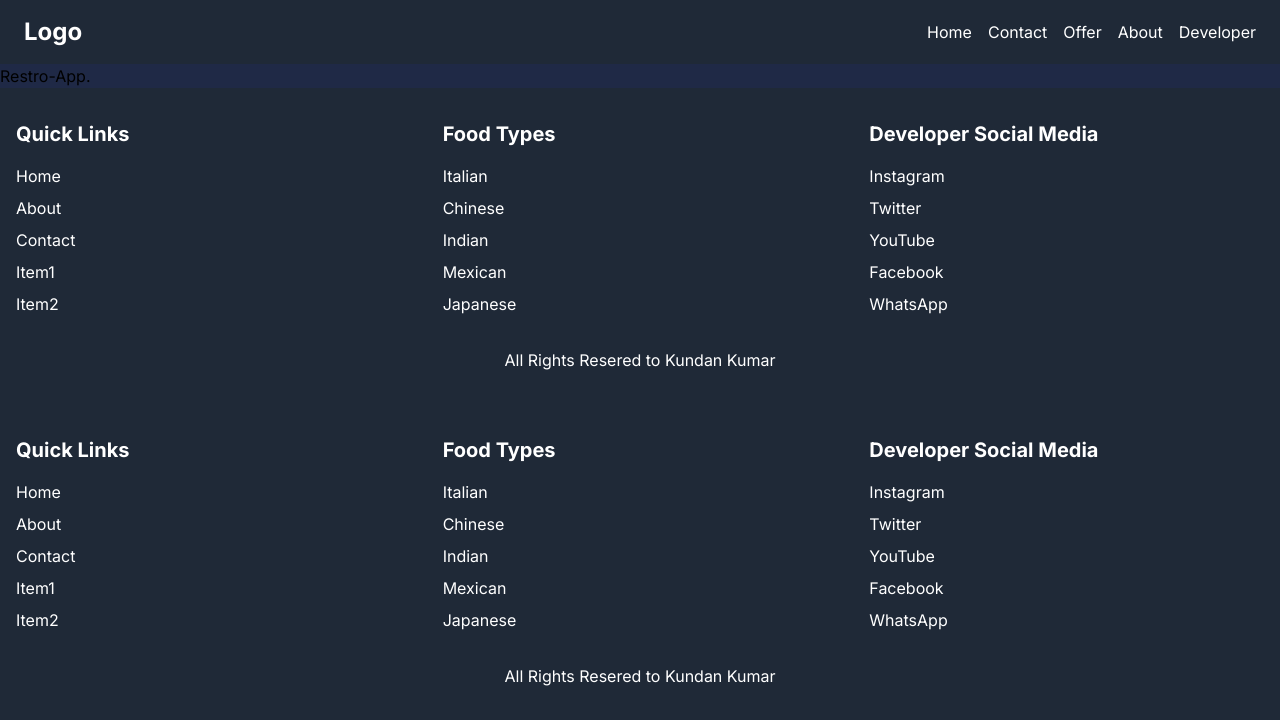
Repository: its-kundan/food-on-time
Page: /
The author's editor kept a copy of each file at every save. The page is drawn from the files as they stood at one save, then again after the next save.
The browser window is 1280 px wide. The pictures show the whole page.
The project was rebuilt for these pictures with package versions that can differ from the ones it lists, and the page was loaded fresh each time. The framework's server and built-in components were replaced by stand-ins that run in the browser. Also part of the build but not shown: next.config.mjs.

Above is the page before, as saved 2024-07-25 09:03:34.

### src/app/layout.js
import { Inter } from "next/font/google";
import "./globals.css";

import Footer from "./_components/Footer";
import Header from "./_components/Header";

const inter = Inter({ subsets: ["latin"] });

export const metadata = {
  title: "Create Next App",
  description: "Generated by create next app",
};

export default function RootLayout({ children }) {
  return (
    <html lang="en">
      {/* <Header/> */}
      <body className={inter.className}>{children}</body>
      <Footer />
    </html>
  );
}

### src/app/page.js
import Image from "next/image";
import Footer from "./_components/Footer";
import Header from "./_components/Header";

export default function Home() {
  return (
   <main className="bg-grey-800">
    <Header/>
    Restro-App.
    <Footer/>


   </main>
  );
}

### src/app/globals.css
@tailwind base;
@tailwind components;
@tailwind utilities;
body{
  background-color: rgb(31, 41, 70); /* For background color */
  /* color: white; */
}
/*
:root {
  --foreground-rgb: 0, 0, 0;
  --background-start-rgb: 214, 219, 220;
  --background-end-rgb: 255, 255, 255;
}

@media (prefers-color-scheme: dark) {
  :root {
    --foreground-rgb: 255, 255, 255;
    --background-start-rgb: 0, 0, 0;
    --background-end-rgb: 0, 0, 0;
  }
}

body {
  color: rgb(var(--foreground-rgb));
  background: linear-gradient(
      to bottom,
      transparent,
      rgb(var(--background-end-rgb))
    )
    rgb(var(--background-start-rgb));
}

@layer utilities {
  .text-balance {
    text-wrap: balance;
  }
} */

### src/app/_components/Footer.jsx
import React from 'react';

const Footer = () => {
  return (
    <footer className="bg-gray-800 text-white py-8 mt-auto">
      <div className="container mx-auto px-4">
        <div className="grid grid-cols-1 md:grid-cols-3 gap-8">
          {/* First Column */}
          <div>
            <h3 className="text-xl font-bold mb-4">Quick Links</h3>
            <ul>
              <li className="mb-2"><a href="#">Home</a></li>
              <li className="mb-2"><a href="#">About</a></li>
              <li className="mb-2"><a href="#">Contact</a></li>
              <li className="mb-2"><a href="#">Item1</a></li>
              <li className="mb-2"><a href="#">Item2</a></li>
            </ul>
          </div>

          {/* Second Column */}
          <div>
            <h3 className="text-xl font-bold mb-4">Food Types</h3>
            <ul>
              <li className="mb-2"><a href="#">Italian</a></li>
              <li className="mb-2"><a href="#">Chinese</a></li>
              <li className="mb-2"><a href="#">Indian</a></li>
              <li className="mb-2"><a href="#">Mexican</a></li>
              <li className="mb-2"><a href="#">Japanese</a></li>
            </ul>
          </div>

          {/* Third Column */}
          <div>
            <h3 className="text-xl font-bold mb-4">Developer Social Media</h3>
            <ul>
              <li className="mb-2"><a href="#">Instagram</a></li>
              <li className="mb-2"><a href="#">Twitter</a></li>
              <li className="mb-2"><a href="#">YouTube</a></li>
              <li className="mb-2"><a href="#">Facebook</a></li>
              <li className="mb-2"><a href="#">WhatsApp</a></li>
            </ul>
          </div>
        </div>
        <br/>
        <p className='text-center '> All Rights Resered to Kundan Kumar</p>
      </div>
    </footer>
  );
};

export default Footer;

### src/app/_components/Header.jsx
"use client"
// components/Header.js
import Link from 'next/link';
import { useState } from 'react';

const Header = () => {
  const [isDropdownOpen, setIsDropdownOpen] = useState(false);

  return (
    <header className="bg-gray-800 text-white">
      <div className="container mx-auto flex justify-between items-center py-4 px-6">
        <div className="flex items-center">
          <Link href="/" className="text-2xl font-bold">
            Logo
          </Link>
        </div>
        <nav className="flex space-x-4">
          <Link href="/" className="hover:text-gray-400">
            Home
          </Link>
          <Link href="/contact" className="hover:text-gray-400">
            Contact
          </Link>
          <div className="relative">
            <button
              onClick={() => setIsDropdownOpen(!isDropdownOpen)}
              className="hover:text-gray-400"
            >
              Offer
            </button>
            {isDropdownOpen && (
              <div className="absolute bg-gray-700 text-white mt-2 rounded-md shadow-lg z-10">
                <ul>
                  <li><a href="#" className="block px-4 py-2 hover:bg-gray-600">Offer Item 1</a></li>
                  <li><a href="#" className="block px-4 py-2 hover:bg-gray-600">Offer Item 2</a></li>
                  <li><a href="#" className="block px-4 py-2 hover:bg-gray-600">Offer Item 3</a></li>
                  <li><a href="#" className="block px-4 py-2 hover:bg-gray-600">Offer Item 4</a></li>
                  <li><a href="#" className="block px-4 py-2 hover:bg-gray-600">Offer Item 5</a></li>
                </ul>
              </div>
            )}
          </div>
          <Link href="/about" className="hover:text-gray-400">
            About
          </Link>
          <Link href="/developer" className="hover:text-gray-400">
            Developer
          </Link>
        </nav>
      </div>
    </header>
  );
};

export default Header;

Loaded but not shown: tailwind.config.js (common file)

After the next save:
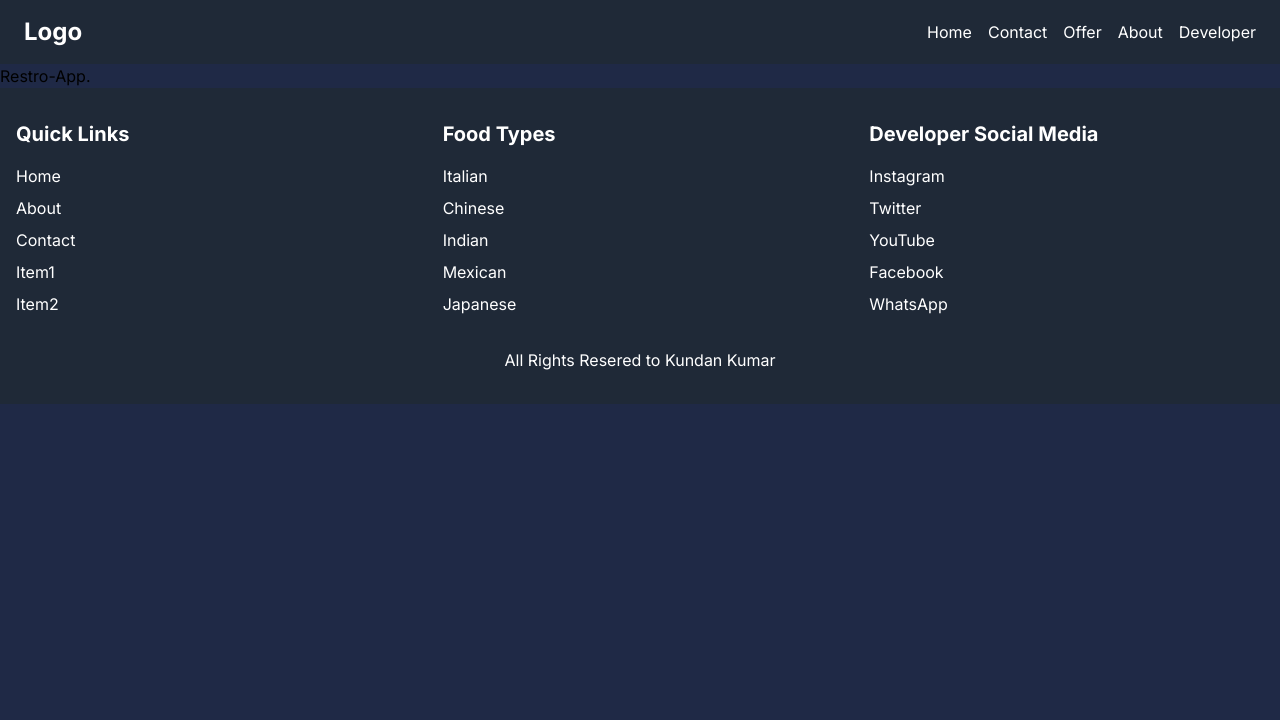
Saved 74 s later.
--- a/src/app/layout.js
+++ b/src/app/layout.js
@@ -16,7 +16,7 @@ export default function RootLayout({ children }) {
     <html lang="en">
       {/* <Header/> */}
       <body className={inter.className}>{children}</body>
-      <Footer />
+      {/* <Footer /> */}
     </html>
   );
 }
